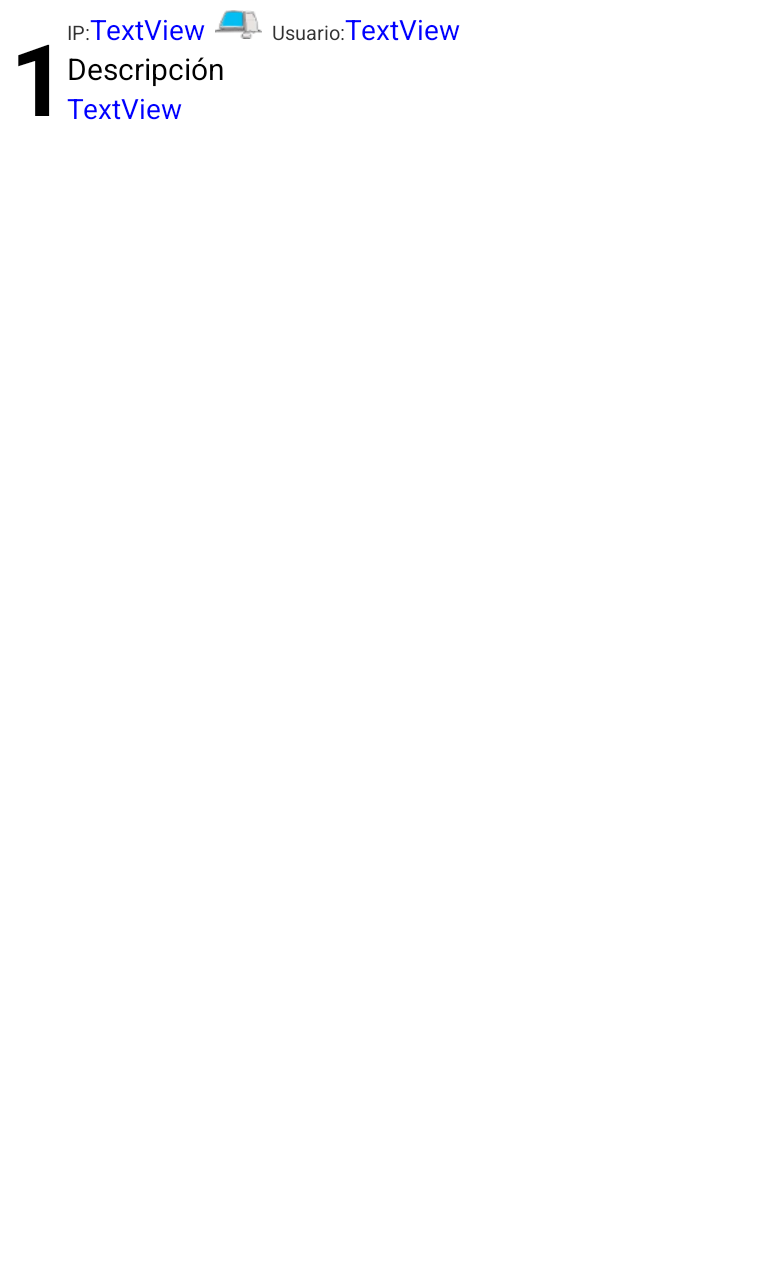
Repository: jonatansantos/Android-Server-Status
Layout: desarrollo/ModuloSSH/res/layout/list_servers.xml
These files come from the project's save history. The layout is drawn as it stood at one moment and after the next save; the edit follows.
It is drawn on a 768 x 1280 px phone screen (xhdpi) without system bars, with theme android:Theme.Light; the app's code is not run.

Above is the layout before, as saved 2012-03-23 00:11:43.

### desarrollo/ModuloSSH/res/layout/list_servers.xml
<?xml version="1.0" encoding="utf-8"?>
<LinearLayout xmlns:android="http://schemas.android.com/apk/res/android"
    android:layout_width="wrap_content"
    android:layout_height="wrap_content"
    android:orientation="horizontal"
    android:padding="5dp" >

    <TextView
        android:id="@+id/tv_id"
        android:layout_width="wrap_content"
        android:layout_height="wrap_content"
        android:text="@string/uno"
        android:textAppearance="?android:attr/textAppearanceLarge"
        android:textSize="50dp"
        android:textStyle="bold" />


    <LinearLayout
        android:id="@+id/ll_total"
        android:layout_width="wrap_content"
        android:layout_height="wrap_content"
        android:orientation="vertical" >


        <LinearLayout
            android:id="@+id/ll_ip_usuario"
            android:layout_width="wrap_content"
            android:layout_height="wrap_content" >



            <TextView
                android:id="@+id/tv_IP"
                android:layout_width="wrap_content"
                android:layout_height="wrap_content"
                android:text="@string/ip"
                android:textSize="10dp" />

            <TextView
                android:id="@+id/tv_IP2"
                android:layout_width="wrap_content"
                android:layout_height="wrap_content"
                android:text="TextView"
                android:textColor="#0000FF" />

            <ImageView
                android:id="@+id/iv_ordenador"
                android:layout_width="wrap_content"
                android:layout_height="wrap_content"
                android:layout_marginLeft="5dp"
                android:layout_marginRight="5dp"
                android:src="@drawable/ic_ordenador2" />


            <TextView
                android:id="@+id/tv_usuario"
                android:layout_width="wrap_content"
                android:layout_height="wrap_content"
                android:text="@string/usuario"
                android:textSize="10dp" />

            <TextView
                android:id="@+id/tv_usuario2"
                android:layout_width="wrap_content"
                android:layout_height="wrap_content"
                android:text="TextView"
                android:textColor="#0000FF" />
        </LinearLayout>


        <LinearLayout
            android:id="@+id/ll_descripcion"
            android:layout_width="wrap_content"
            android:layout_height="wrap_content" >



            <TextView
                android:id="@+id/tv_descripcion"
                android:layout_width="wrap_content"
                android:layout_height="wrap_content"
                android:text="@string/descripcion"
                android:textAppearance="?android:attr/textAppearanceLarge"
                android:textSize="15dp" />

        </LinearLayout>


        <LinearLayout
            android:id="@+id/ll_descripcion2"
            android:layout_width="wrap_content"
            android:layout_height="wrap_content" >

            <TextView
                android:id="@+id/tv_descripcion2"
                android:layout_width="wrap_content"
                android:layout_height="wrap_content"
                android:text="TextView"
                android:textColor="#0000FF" />
        </LinearLayout>
    </LinearLayout>

</LinearLayout>

### desarrollo/ModuloSSH/res/values/strings.xml
<?xml version="1.0" encoding="utf-8"?>
<resources>

    <string name="hello">Hello World, ModuloSSHActivity!</string>
    <string name="app_name">ModuloSSH</string>
    <string name="puerto">22</string>
    <string name="conectar">Conectar</string>
    <string name="desconectar">Desconectar</string>
    <string name="Selecciona">Selecciona una conexión</string>
    <string name="vacio"></string>
    <string name="uno">1</string>
    <string name="descripcion">Descripción</string>
    <string name="ip">IP:</string>
    <string name="usuario">Usuario:</string>

</resources>

After the next save:
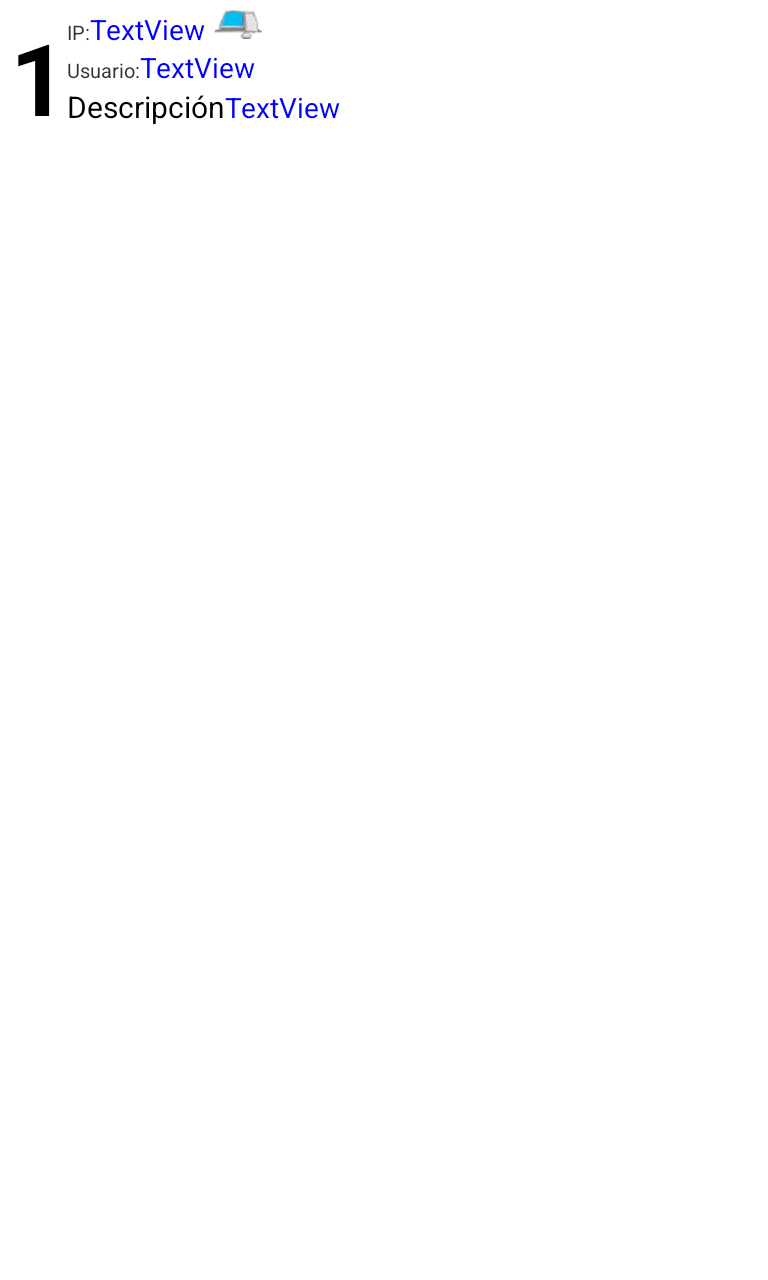
Saved 15 h 29 min later.
--- a/desarrollo/ModuloSSH/res/layout/list_servers.xml
+++ b/desarrollo/ModuloSSH/res/layout/list_servers.xml
@@ -50,7 +50,15 @@
                 android:layout_marginLeft="5dp"
                 android:layout_marginRight="5dp"
                 android:src="@drawable/ic_ordenador2" />
+        </LinearLayout>
 
+
+
+        <LinearLayout
+            android:id="@+id/ll_usuario"
+            android:layout_width="match_parent"
+            android:layout_height="wrap_content"
+            android:orientation="horizontal" >
 
             <TextView
                 android:id="@+id/tv_usuario"
@@ -65,6 +73,7 @@
                 android:layout_height="wrap_content"
                 android:text="TextView"
                 android:textColor="#0000FF" />
+
         </LinearLayout>
 
 
@@ -83,21 +92,15 @@
                 android:textAppearance="?android:attr/textAppearanceLarge"
                 android:textSize="15dp" />
 
-        </LinearLayout>
-
-
-        <LinearLayout
-            android:id="@+id/ll_descripcion2"
-            android:layout_width="wrap_content"
-            android:layout_height="wrap_content" >
-
             <TextView
                 android:id="@+id/tv_descripcion2"
                 android:layout_width="wrap_content"
                 android:layout_height="wrap_content"
                 android:text="TextView"
                 android:textColor="#0000FF" />
+
         </LinearLayout>
+
     </LinearLayout>
 
 </LinearLayout>
